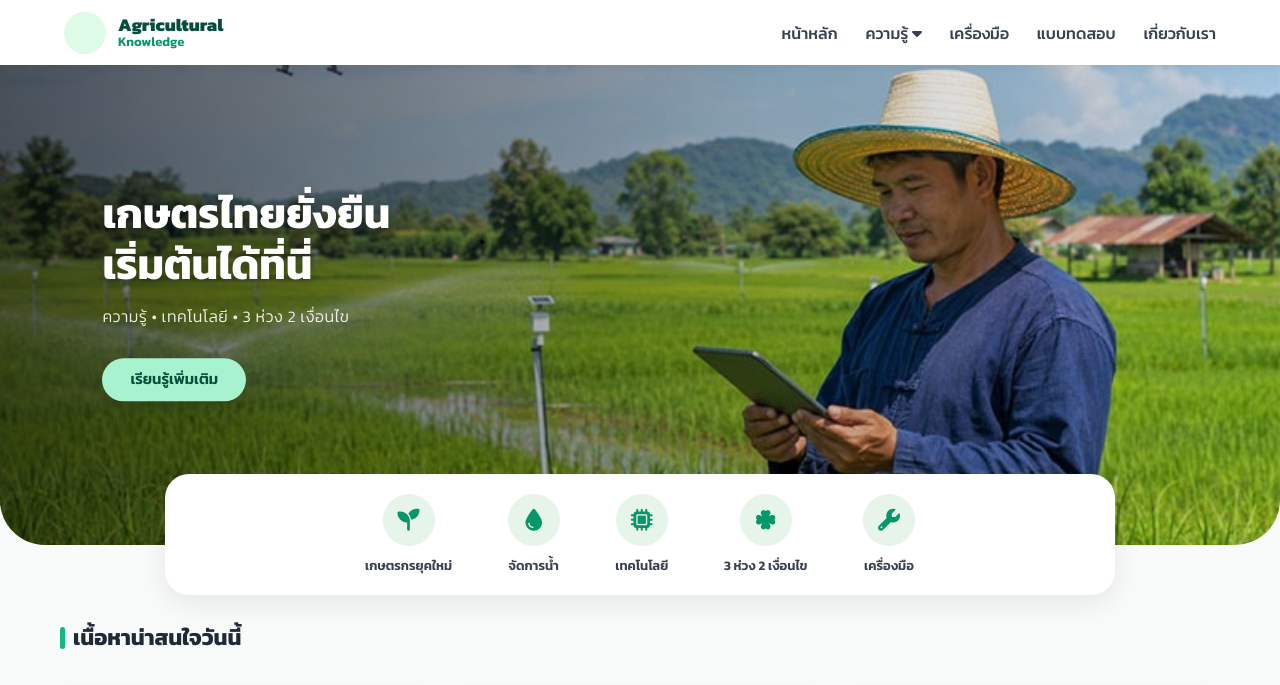
Repository: nuwat-wa/Project-WebdesignAG
Page: ag1.html
The author's editor kept a copy of each file at every save. The page is drawn from the files as they stood at one save, then again after the next save.
The browser window is 1280 px wide. The pictures show the part of the page from y = 0 to 685 px (the page is 1534 px tall).
Pictures or frames that could not be fetched are drawn as grey boxes.

Above is the page before, as saved 2026-09-25 19:20:37.

After the next save:
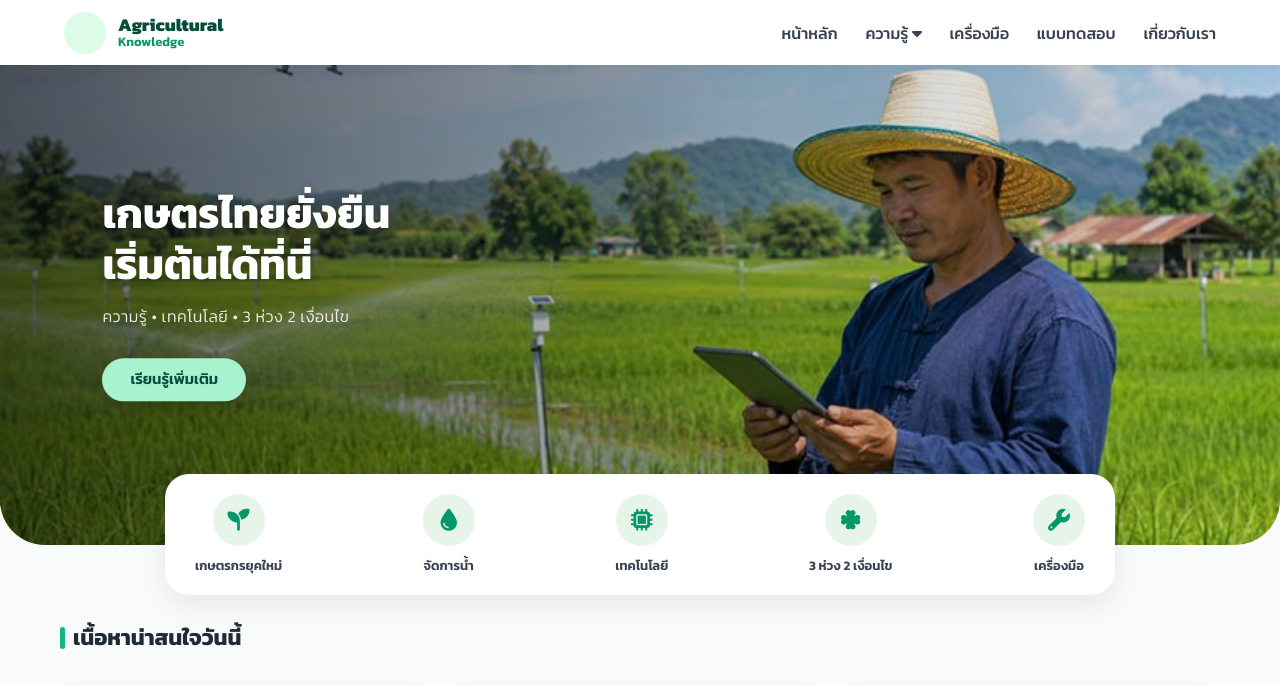
Saved 7 s later.
--- a/ag1.css
+++ b/ag1.css
@@ -201,7 +201,7 @@ html::-webkit-scrollbar {
   max-width: 950px;
   background: white;
   border-radius: 24px;
-  padding: 20px 200px;
+  padding: 20px 30px;
   display: flex;
   justify-content: space-between;
   align-items: center;
